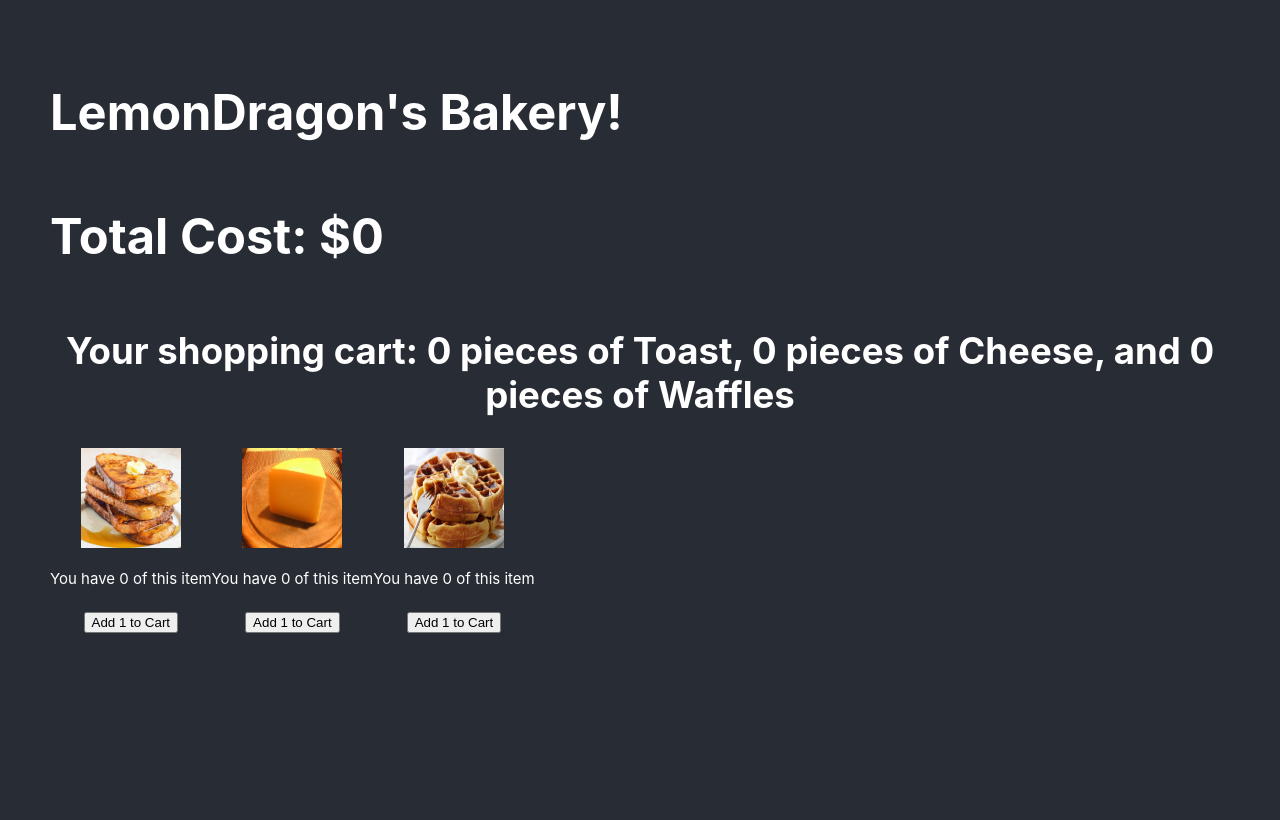
Repository: happydragon200/development
Page: /
An editor plug-in stored every save of this project. The page is shown before and after the next save, followed by the edit.
The browser window is 1280 px wide. The pictures show the whole page.
The project was rebuilt for these pictures with package versions that can differ from the ones it lists, and the page was loaded fresh each time.

Above is the page before, as saved 2022-12-01 21:35:39.

After the next save:
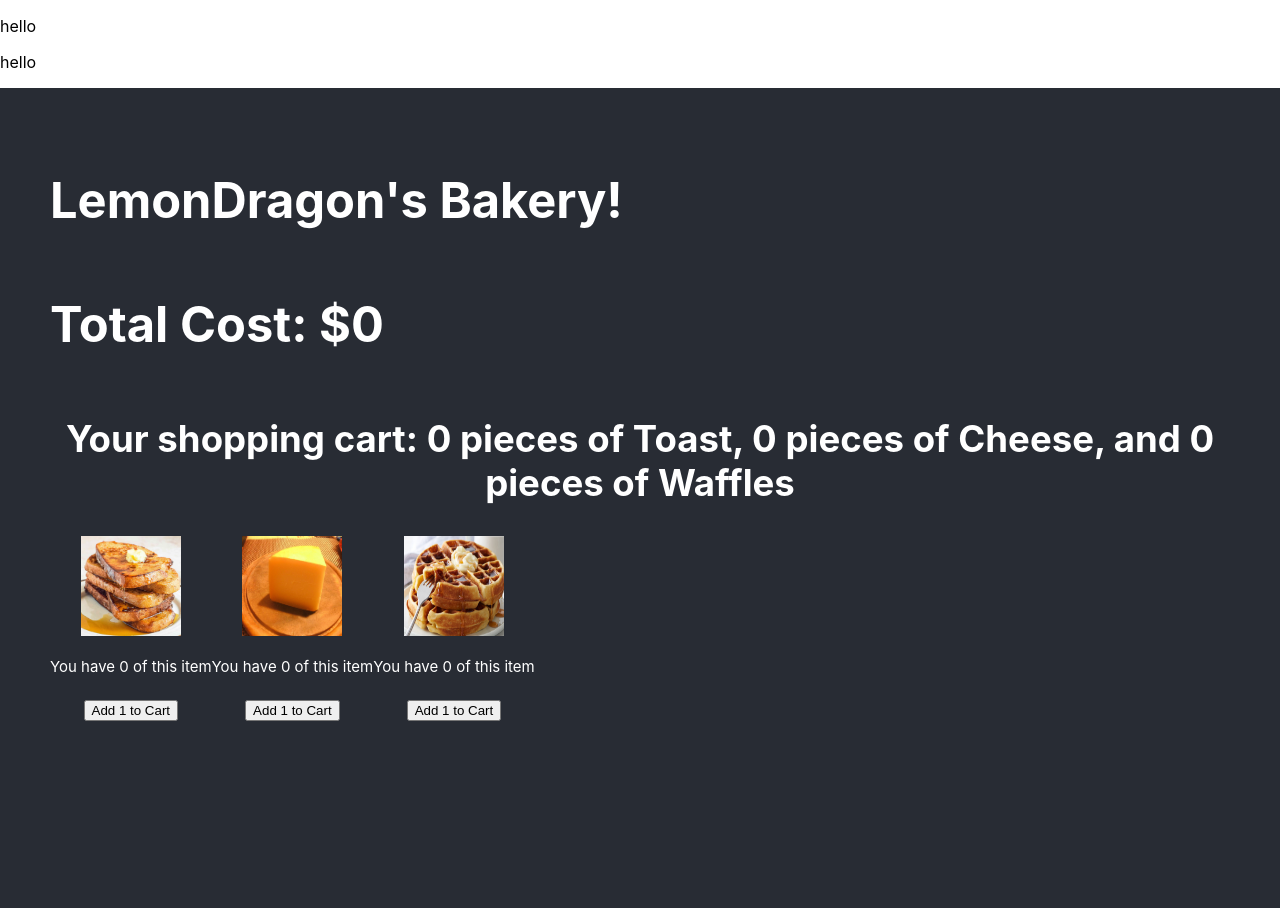
Saved 58 s later.
--- a/src/App.js
+++ b/src/App.js
@@ -34,7 +34,13 @@ function FilterBar() {
   return <div>{buttons}</div>
 }
 
-function FilterButton() {}
+function FilterButton() {
+  return (
+    <div>
+      <p>hello</p>
+    </div>
+  )
+}
 
 function BasicExample() {
   return (
